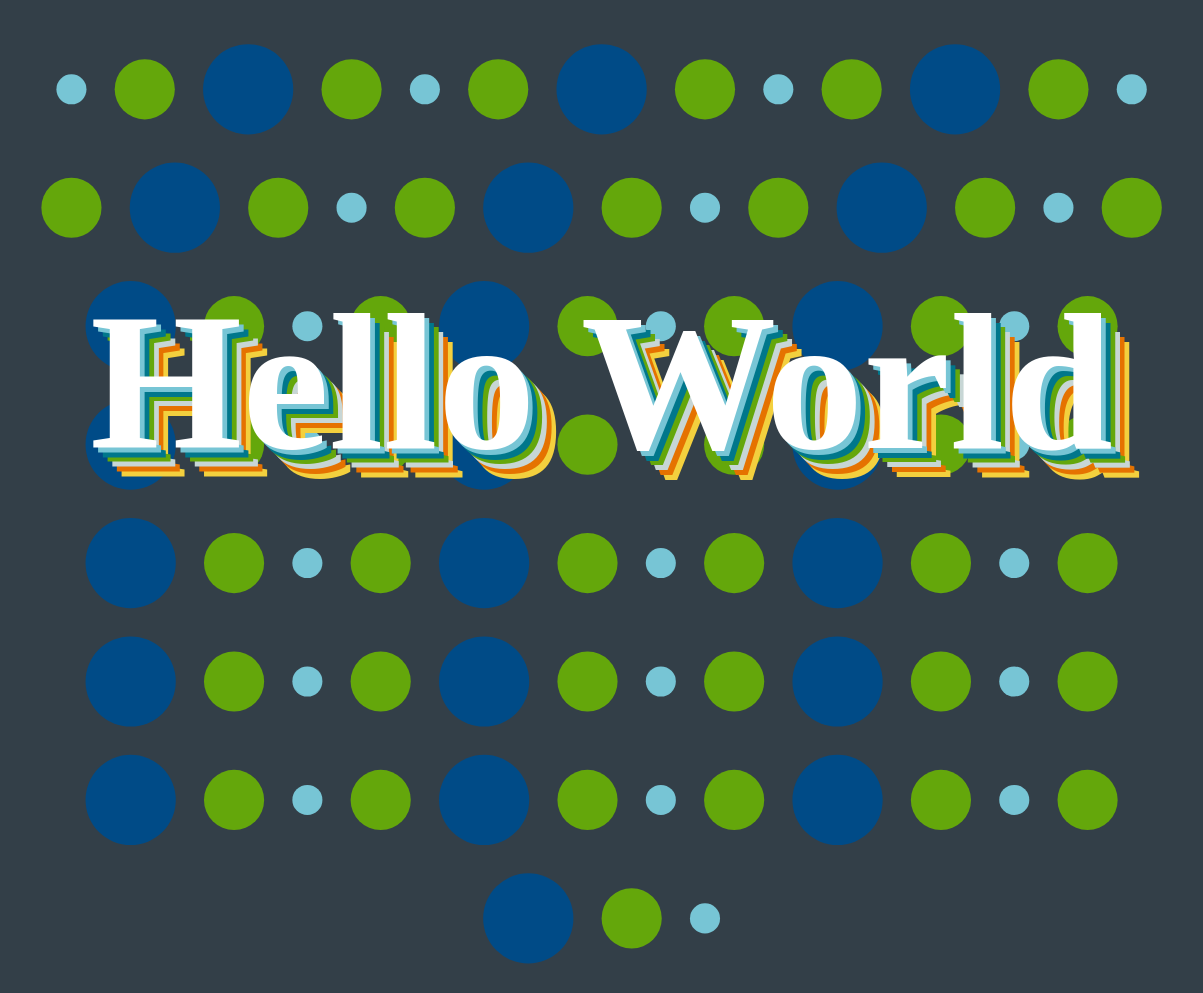
Repository: sarahlochhead/css-demo
Page: index.html
An editor plug-in stored every save of this project. The page is shown before and after a run of saves, followed by the edit.
The browser window is 1280 px wide. The pictures show the whole page, at 94% of full size.
Some web fonts or font styles are not loaded; a fallback is used.

Above is the page before, as saved 2023-04-28 14:34:48.

After the next 6 saves:
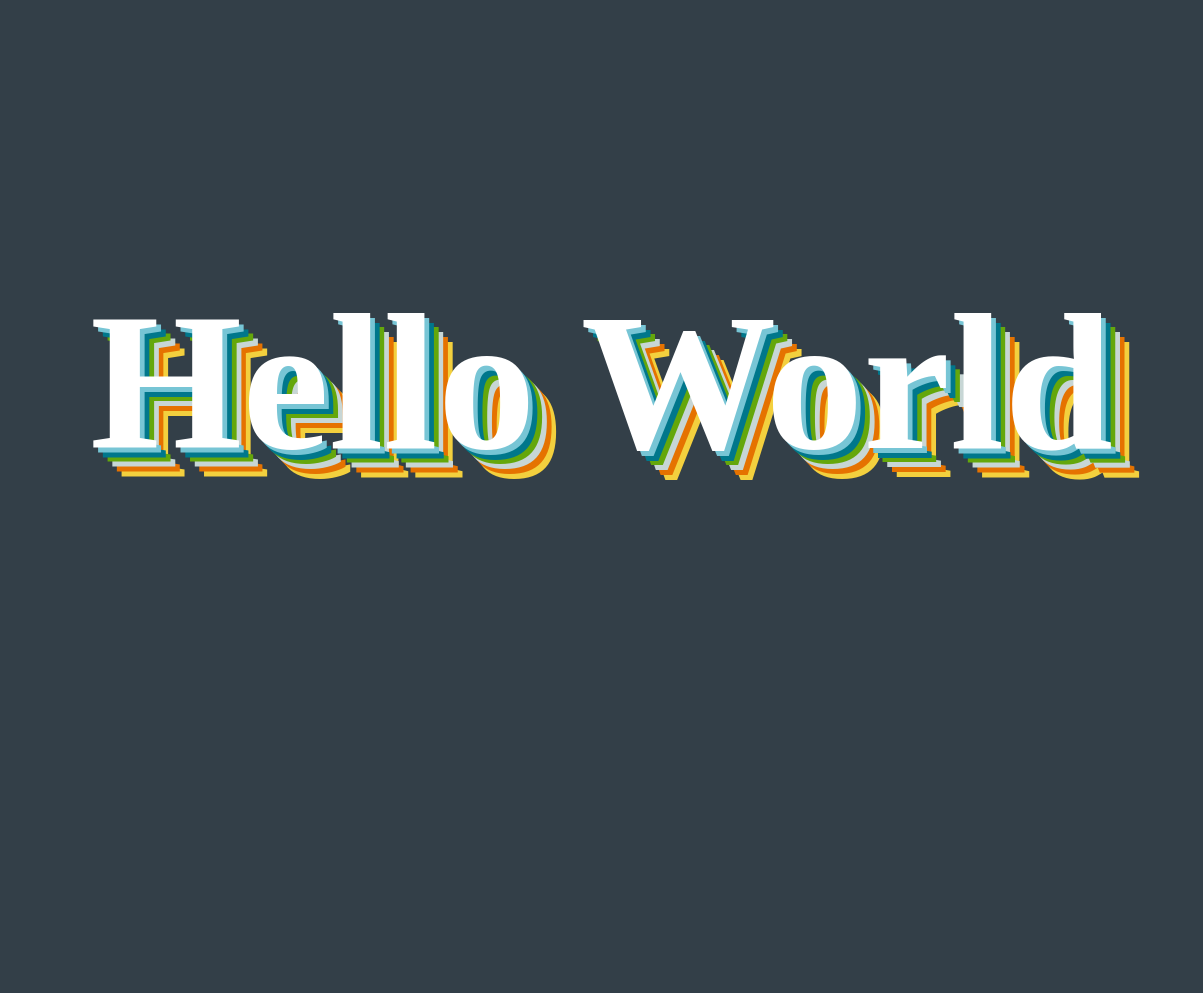
The 6 saves are shown as one change because they came seconds apart.
The last was saved 20 s later.
--- a/styles.css
+++ b/styles.css
@@ -70,15 +70,15 @@ div {
 div .circle {
     animation-name: blink;
     /* in milliseconds or seconds */
-    animation-duration: ;
+    animation-duration: 100000ms;
     /* ease-in, ease-out, ease-in-out, linear*/
-    animation-timing-function: ;
+    animation-timing-function: ease-in-out;
     /* in milliseconds or seconds */
-    animation-delay:  ;
+    animation-delay: 2s ;
     /* infinite or a positive number */
     animation-iteration-count: infinite;
     /* normal, reverse, alternate, alternate-reverse */
-    animation-direction: ;
+    animation-direction: forwards ;
     /* none, forwards, backwards, both */
     /* animation-fill-mode: ;  */
 }
